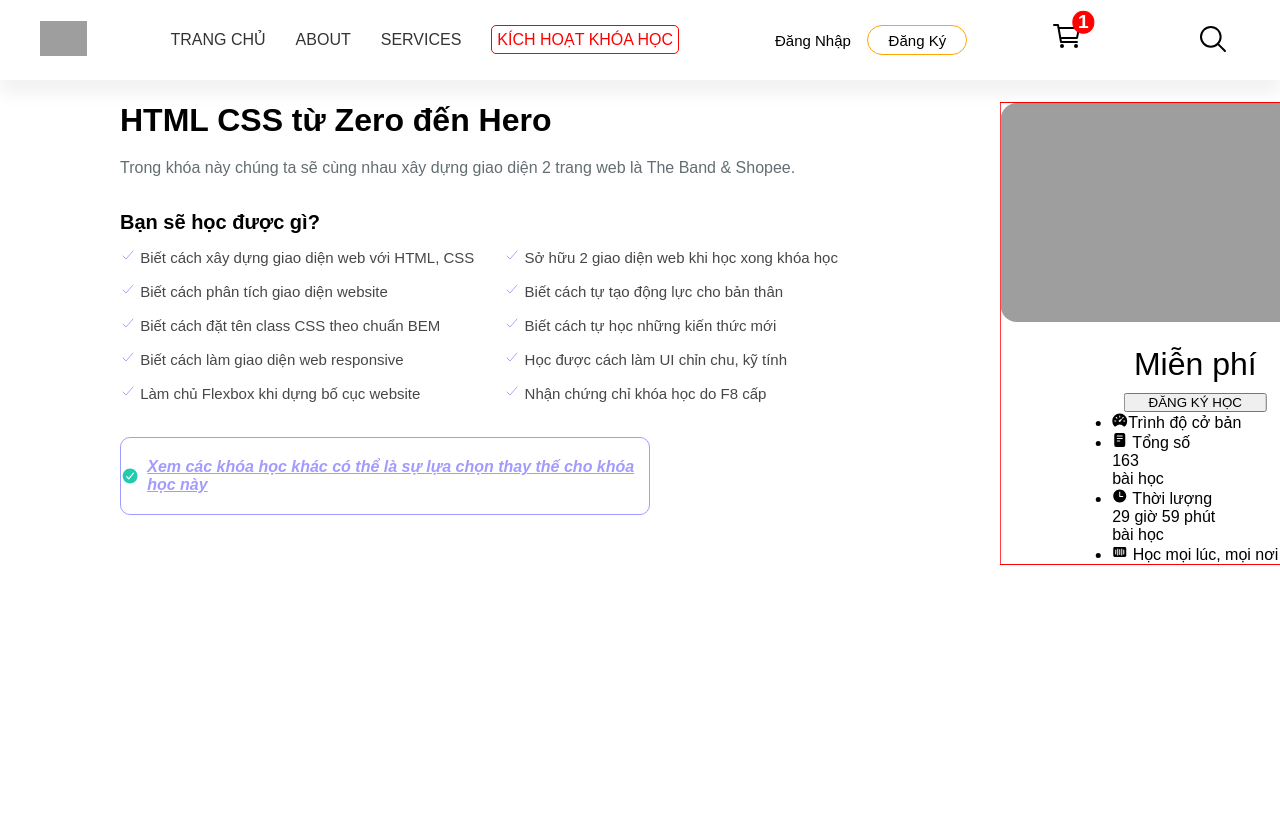
Repository: hoanghuuphuc/hoanghuuphuc
Page: details.html
An editor plug-in stored every save of this project. The page is shown before and after the next save, followed by the edit.
The browser window is 1280 px wide. The pictures show the whole page.
Pictures or frames that could not be fetched are drawn as grey boxes.

Above is the page before, as saved 2022-12-11 22:21:43.
Console error: TypeError: Cannot read properties of null (reading 'addEventListener')

### details.html
<!DOCTYPE html>
<html lang="en">
  <head>
    <meta charset="UTF-8" />
    <meta http-equiv="X-UA-Compatible" content="IE=edge" />
    <meta name="viewport" content="width=device-width, initial-scale=1.0" />
    <title>Product-Details</title>
    <link rel="stylesheet" href="./style.css" />
    <link rel="stylesheet" href="./rps_mobile.css" />
    <link rel="preconnect" href="https://fonts.gstatic.com" />
  </head>
  <body>
    <header>
      <div class="logo">
        <a href="">
          <img id="img" src="./Img/logene.jfif" alt="" />
        </a>
      </div>
      <div class="group">
        <ul class="navigation">
          <li><a href="">Trang Chủ</a></li>
          <li><a href="">About</a></li>
          <li><a href="">Services</a></li>
          <li><a id="active" href="">Kích Hoạt Khóa Học</a></li>
        </ul>
      </div>
      <div class="User">
        <div class="but">
          <button>Đăng Nhập</button>
          <button>Đăng Ký</button>
        </div>
      </div>
      <div class="icons">
        <ion-icon name="cart-outline"></ion-icon>
        <span>1</span>
      </div>
      <div class="search">
        <span class="icon">
          <ion-icon name="search-outline" class="searchBtn"></ion-icon>
          <ion-icon name="close-outline" class="closeBtn"></ion-icon>
        </span>
      </div>
      <ion-icon name="menu-outline" class="menuToggle"></ion-icon>
      <div class="searchBox">
        <input type="text" placeholder="Search here . . ." />
      </div>
    </header>
    <div class="details-section">
      <div class="details-left">
        <div class="details-left-name">
          <h1>HTML CSS từ Zero đến Hero</h1>
          <span
            >Trong khóa này chúng ta sẽ cùng nhau xây dựng giao diện 2 trang web
            là The Band & Shopee.</span
          >
        </div>
        <span class="bonus">Bạn sẽ học được gì?</span>
        <div class="details-left-content">
          <ul>
            <li>
              <ion-icon name="checkmark-outline"></ion-icon>
              Biết cách xây dựng giao diện web với HTML, CSS
            </li>
            <li>
              <ion-icon name="checkmark-outline"></ion-icon>
              Biết cách phân tích giao diện website
            </li>
            <li>
              <ion-icon name="checkmark-outline"></ion-icon>
              Biết cách đặt tên class CSS theo chuẩn BEM
            </li>
            <li>
              <ion-icon name="checkmark-outline"></ion-icon>
              Biết cách làm giao diện web responsive
            </li>
            <li>
              <ion-icon name="checkmark-outline"></ion-icon>
              Làm chủ Flexbox khi dựng bố cục website
            </li>
          </ul>
          <ul>
            <li>
              <ion-icon name="checkmark-outline"></ion-icon>
              Sở hữu 2 giao diện web khi học xong khóa học
            </li>
            <li>
              <ion-icon name="checkmark-outline"></ion-icon>
              Biết cách tự tạo động lực cho bản thân
            </li>
            <li>
              <ion-icon name="checkmark-outline"></ion-icon>
              Biết cách tự học những kiến thức mới
            </li>
            <li>
              <ion-icon name="checkmark-outline"></ion-icon>
              Học được cách làm UI chỉn chu, kỹ tính
            </li>
            <li>
              <ion-icon name="checkmark-outline"></ion-icon>
              Nhận chứng chỉ khóa học do F8 cấp
            </li>
          </ul>
        </div>
        <div class="details-left-tag">
          <ion-icon name="checkmark-circle"></ion-icon>
          <a href="#">
            Xem các khóa học khác có thể là sự lựa chọn thay thế cho khóa học
            này
          </a>
        </div>
      </div>
      <div class="details-right">
        <div class="details-right-video">
          <iframe
            width="389"
            height="219"
            src="https://www.youtube.com/embed/YTDHcEJs684"
            title="YouTube video player"
            frameborder="0"
            allow="accelerometer; autoplay; clipboard-write; encrypted-media; gyroscope; picture-in-picture"
            allowfullscreen></iframe>
        </div>
        <div class="details-right-content1">
          <span>Miễn phí</span>
          <button>ĐĂNG KÝ HỌC</button>
        </div>
        <div class="details-right-content2">
          <ul>
            <li>
              <ion-icon name="speedometer"></ion-icon
              ><span>Trình độ cở bản</span>
            </li>
            <li>
              <ion-icon name="reader"></ion-icon>
              <span
                >Tổng số
                <p>163</p>
                bài học</span
              >
            </li>
            <li>
              <ion-icon name="time"></ion-icon>
              <span
                ><span
                  >Thời lượng
                  <p>29 giờ 59 phút</p>
                  bài học</span
                ></span
              >
            </li>
            <li>
              <ion-icon name="barcode"></ion-icon
              ><span> Học mọi lúc, mọi nơi </span>
            </li>
          </ul>
        </div>
      </div>
    </div>

    <script src="./app.js"></script>
    <script
      type="module"
      src="https://unpkg.com/ionicons@5.5.2/dist/ionicons/ionicons.esm.js"></script>
    <script
      nomodule
      src="https://unpkg.com/ionicons@5.5.2/dist/ionicons/ionicons.js"></script>
  </body>
</html>

### style.css
* {
  margin: 0;
  padding: 0;
  box-sizing: border-box;
  font-family: "Poppins", sans-serif;
}
body {
  min-height: 100vh;
  overflow-x: hidden;
}
header {
  position: absolute;
  position: fixed;
  z-index: 100;
  top: 0;
  left: 0;
  width: 100%;
  height: 80px;
  background: #fff;
  padding: 20px 40px;
  display: flex;
  justify-content: space-between;
  align-items: center;
  box-shadow: 0px 15px 15px rgba(0, 0, 0, 0.05);
}
.logo img {
  height: 35px;
}
.group {
  display: flex;
  align-items: center;
}
header ul {
  position: relative;
  display: flex;
  gap: 30px;
}
header ul li {
  list-style: none;
}
header ul li a {
  position: relative;
  text-decoration: none;
  font-size: 1em;
  color: #333;
  text-transform: uppercase;
}
header ul li #active {
  border: 1px solid red;
  padding: 5px;
  color: red;
  border-radius: 5px;
}
header ul li a::before {
  content: "";
  position: absolute;
  bottom: -2px;
  width: 100%;
  height: 2px;
  background: #333;
  transform: scaleX(0);
  transition: transform 0.5s ease-in-out;
  transform-origin: right;
}
header ul li a:hover {
  opacity: 0.5;
}
header .User {
  display: flex;
  align-items: center;
}
header .User .but button:nth-child(1) {
  color: #000;
  font-size: 15px;
  height: 30px;
  width: 100px;
  outline: none;
  border: none;
  background: #fff;
}
header .User .but button:nth-child(2) {
  color: #000;
  font-size: 15px;
  height: 30px;
  width: 100px;
  border: 1px solid orange;
  background: #fff;
  border-radius: 15px;
}
header .User .but button:hover {
  opacity: 0.5;
}
header .icons {
  font-size: 2em;
  position: relative;
}
header .icons span {
  position: absolute;
  top: 0%;
  right: 0%;
  line-height: 5%;
  margin-bottom: 50px;
  font-size: 60%;
  color: #fff;
  border: 1px solid red;
  background: red;
  padding: 10px 5px 10px 5px;
  text-align: center;
  font-family: Arial, Helvetica, sans-serif;
  transform: translateX(50%) translateY(-40%);
  border-radius: 100%;
  font-weight: bold;
}
header .search {
  position: relative;
  display: flex;
  justify-content: center;
  align-items: center;
  font-size: 2em;
  z-index: 10;
  cursor: pointer;
}
.searchBox {
  position: absolute;
  right: -100%;
  width: 100%;
  height: 100%;
  display: flex;
  background: #fff;
  align-items: center;
  padding: 0 30px;
  transition: 0.5s ease-in-out;
}
.searchBox.active {
  right: 0;
}
.searchBox input {
  width: 100%;
  border: none;
  outline: none;
  height: 50px;
  color: #333;
  font-size: 1.25em;
  background: #fff;
  border-bottom: 1px solid rgba(0, 0, 0, 0.5);
}
.searchBtn {
  position: relative;
  left: 30px;
  top: 2.5px;
  transition: 0.5s ease-in-out;
}
.searchBtn.active {
  left: 0;
}
.closeBtn {
  opacity: 0;
  visibility: hidden;
  transition: 0.5s;
  scale: 0;
}
.closeBtn.active {
  opacity: 1;
  visibility: visible;
  transition: 0.5s;
  scale: 1;
}
.menuToggle {
  position: relative;
  display: none;
  left: 0;
}
.banner img {
  background-repeat: no-repeat;
  background-size: cover;
  margin-top: 4%;
}
.content {
  display: flex;
  flex-direction: row;
  margin-top: 50px;
  user-select: none;
  justify-content: center;
}
.content .content-1 {
  background-color: black;
  height: 2px;
  width: 200px;
}
.content .content-2 {
  font-size: 30px;
  font-family: "Segoe UI", Tahoma, Geneva, Verdana, sans-serif;
  font-weight: 600;
  padding: 10px;
  margin-top: -32px;
}
.content .content-3 {
  background-color: black;
  height: 2px;
  width: 200px;
}
.boxs {
  display: flex;
  justify-content: center;
  flex-wrap: wrap;
}
.box {
  margin-top: 10px;
  padding: 20px;
  margin: 10px;
  background: #f0f0f0;
  border-radius: 15px;
}
.box-image img {
  height: 250px;
  border-radius: 5%;
}
.box-content .box-name {
  display: flex;
  justify-content: center;
  align-items: center;
  padding: 10px;
}
.box-content .box-name span {
  font-weight: 700;
  margin-right: 5px;
  font-size: 20px;
  font-family: "Segoe UI", Tahoma, Geneva, Verdana, sans-serif;
  overflow: hidden;
  text-overflow: ellipsis;
  white-space: nowrap;
  width: 200px;
  text-align: center;
}
.box-content .box-price {
  display: flex;
  flex-direction: column;
  justify-content: center;
  padding: 5px 10px 10px 10px;
}
.box-content .box-price .price {
  padding: 0px 10px 10px 10px;
}
.price {
  overflow: hidden;
  text-overflow: ellipsis;
  white-space: nowrap;
  width: 210px;
}
.box-content .box-price .price span {
  font-size: 18px;
  font-weight: 500;
}
.box-content .box-price .price a {
  font-weight: 600;
}
.sale {
  overflow: hidden;
  text-overflow: ellipsis;
  white-space: nowrap;
  width: 210px;
}
.box-content .box-price .sale {
  padding: 0px 10px 0px 10px;
}
.box-content .box-price .sale span {
  font-size: 18px;
}
.box-content .box-price .sale a {
  font-size: 18px;
  color: red;
  font-weight: bold;
  text-decoration: none;
}
.box-btn {
  display: flex;
  justify-content: space-between;
  align-items: center;
  border-top: 1px solid #c0c0c0;
}
.box-btn button {
  padding: 5px 20px;
  font-size: 16px;
  font-weight: 500;
  font-family: "Lucida Sans", "Lucida Sans Regular", "Lucida Grande",
    "Lucida Sans Unicode", Geneva, Verdana, sans-serif;
  color: orangered;
  border: 1px solid orangered;
  border-radius: 5px;
  margin-top: 15px;
}
.box-btn button:hover {
  opacity: 0.5;
}
.box-btn ion-icon {
  font-size: 25px;
  font-weight: 500;
  color: orangered;
  margin-top: 15px;
  font-weight: 300;
}
.box-btn ion-icon:hover {
  opacity: 0.5;
}
.title {
  padding: 20px 0px 20px 150px;
}
.title span {
  font-size: 18px;
}
.tabs {
  display: flex;
  justify-content: flex-start;
  padding: 10px 150px 0px 150px;
  flex-wrap: wrap;
}
.tabs .tab-item {
  margin: 0px 0px 0px 5px;
}
.tabs .line {
  position: absolute;
  left: 0;
  bottom: 0;
  width: 0;
  height: 6px;
  border-radius: 15px;
  transition: all 0.2s ease;
}
.tab-item {
  min-width: 80px;
  padding: 5px 10px;
  font-size: 20px;
  text-align: center;
  color: #181821;
  background-color: #dee1e2;
  border-top-left-radius: 5px;
  border-top-right-radius: 5px;
  border-bottom: 5px solid transparent;
  opacity: 0.6;
  cursor: pointer;
  transition: all 0.5s ease;
  display: flex;
  justify-content: center;
  align-items: center;
  border-bottom: 2px solid #000;
}
.tab-icon {
  font-size: 24px;
  position: relative;
}
.tab-item:hover {
  opacity: 1;
  background-color: rgba(194, 53, 100, 0.05);
  border-color: rgba(194, 53, 100, 0.1);
}
.tab-item.active {
  opacity: 1;
  color: #ff4500;
  font-weight: 500;
  border-bottom: 2px solid #ff4500;
}
.tab-content {
  padding: 28px 0px 0px 150px;
}
.tab-pane {
  color: #333;
  display: none;
}
.tab-pane.active {
  display: block;
}
.tab-pane h2 {
  font-size: 24px;
  margin-bottom: 8px;
}
.boxeds {
  display: flex;
  flex-wrap: wrap;
}
.boxed {
  margin-top: 10px;
  padding: 20px;
  margin: 20px 20px 10px 0px;
  background: #f0f0f0;
  border-radius: 15px;
}
.boxed-image img {
  height: 250px;
  width: auto;
  border-radius: 10px;
  overflow: hidden;
  object-fit: cover;
}
.boxed-content .boxed-content-name {
  display: flex;
  justify-content: center;
  align-items: center;
  padding: 10px;
}
.boxed-content-name span {
  font-weight: 600;
  margin-right: 5px;
  font-size: 20px;
  font-family: "Segoe UI", Tahoma, Geneva, Verdana, sans-serif;
  overflow: hidden;
  text-overflow: ellipsis;
  white-space: nowrap;
  width: 200px;
  text-align: center;
  font-weight: 700;
}
.boxed-content-price {
  padding: 5px 10px 10px 10px;
}
.boxed-content-price1 span {
  font-size: 18px;
  font-weight: 500;
}
.boxed-content-price1 a {
  font-weight: 600;
}
.boxed-content-sale {
  padding: 10px 10px 10px 0px;
}
.boxed-content-sale span {
  font-size: 18px;
  font-weight: 500;
}
.boxed-content-sale a {
  font-weight: 600;
  color: red;
}
.boxed-content-btn {
  display: flex;
  justify-content: space-between;
  align-items: center;
  border-top: 1px solid #c0c0c0;
}
.boxed-content-btn button {
  padding: 5px 20px;
  font-size: 16px;
  font-weight: 500;
  font-family: "Lucida Sans", "Lucida Sans Regular", "Lucida Grande",
    "Lucida Sans Unicode", Geneva, Verdana, sans-serif;
  color: orangered;
  border: 1px solid orangered;
  border-radius: 5px;
  margin-top: 15px;
}
.boxed-content-btn button:hover {
  opacity: 0.5;
}
.boxed-content-btn ion-icon {
  font-size: 25px;
  font-weight: 500;
  color: orangered;
  margin-top: 15px;
  font-weight: 300;
}
.boxed-content-btn ion-icon:hover {
  opacity: 0.5;
}
footer {
  background: #181821;
  display: flex;
  justify-content: space-around;
  padding: 100px;
}
.footer-one a {
  font-size: 25px;
  padding: 5px;
  color: #fff;
  font-weight: 600;
}
.footer-one ul li {
  color: #a9b3bb;
  list-style: none;
  padding: 5px;
  font-size: 16px;
}
.footer-one span {
  font-style: italic;
}
.footer-two span {
  font-size: 25px;
  padding: 5px;
  color: #fff;
  font-weight: 600;
}
.footer-two ul li {
  color: #a9b3bb;
  list-style: none;
  padding: 5px;
  font-size: 16px;
}
.footer-three span {
  font-size: 25px;
  padding: 5px;
  color: #fff;
  font-weight: 600;
}
.footer-three ul li {
  color: #a9b3bb;
  list-style: none;
  padding: 5px;
  font-size: 16px;
}
.footers {
  display: flex;
  justify-content: space-around;
  background: #181821;
  padding: 10px;
  border-top: 2px solid #333;
  align-items: center;
}
.footers-text {
  color: #a9b3bb;
  font-size: 16px;
}
.footers-media img {
  width: auto;
  height: 40px;
  object-fit: cover;
  padding: 5px;
}
/* Css của form login */
.container {
  display: flex;
  justify-content: center;
  flex-direction: column;
  align-items: center;
  min-height: 100vh;
}
.form-login {
  border: 1px solid #999;
  padding: 50px 50px 30px 50px;
  width: 400px;
}
.form-login-input {
  margin: 15px 0;
}
.form-login-image {
  display: flex;
  justify-content: center;
  margin-bottom: 50px;
}
.form-input {
  border: 1px solid #999;
  border-radius: 4px;
  width: 100%;
  height: 50px;
  padding: 0 20px;
  transition: 0.25s ease;
  outline: none;
}
.form-input:focus {
  border-color: #ff4500;
}
.form-login-input {
  position: relative;
}
.form-label {
  position: absolute;
  top: 50%;
  transform: translateY(-50%);
  left: 21px;
  user-select: none;
  color: #999;
  pointer-events: none;
  transition: 0.25s ease;
}
.form-input:not(:placeholder-shown) + .form-label,
.form-input:focus + .form-label {
  top: 0;
  left: 11px;
  padding: 0 10px;
  display: inline-block;
  background-color: #fff;
  color: #ff4500;
  font-weight: 500;
  font-size: 14px;
}
.form-login-input .fa-regular {
  position: absolute;
  left: 90%;
  top: 18px;
  cursor: pointer;
}
.form-login-input .hidden {
  display: none;
}
.remember {
  display: flex;
  align-items: center;
}
.remember span {
  color: #999;
  margin-left: 10px;
}
.btn-login button {
  margin-top: 10px;
  width: 100%;
  padding: 8px;
  font-weight: 600;
  font-style: 20px;
  transition: 0.25s ease;
  font-family: "Segoe UI", Tahoma, Geneva, Verdana, sans-serif;
}
.btn-login button:hover {
  opacity: 0.5;
}
.or {
  display: flex;
  flex-direction: row;
  margin-top: 20px;
  user-select: none;
  justify-content: center;
}
.or-left {
  background-color: #999;
  height: 1px;
  width: 45%;
}
.or-center {
  font-family: "Segoe UI", Tahoma, Geneva, Verdana, sans-serif;
  font-weight: 600;
  padding: 10px;
  margin-top: -22px;
  color: #999;
}
.or-right {
  background-color: #999;
  height: 1px;
  width: 45%;
}
.forgot {
  padding-top: 20px;
  display: flex;
  justify-content: flex-end;
}
.forgot a {
  text-decoration: none;
  font-weight: 500;
  color: rgb(0, 149, 246);
}
.logins {
  display: grid;
  grid-template-columns: 1fr 3fr;
  align-items: center;
  padding: 0 10px;
}
.logins a {
  text-decoration: none;
}
.logins span {
  color: #333;
  padding-left: 10%;
  font-weight: 600;
  font-family: "Segoe UI", Tahoma, Geneva, Verdana, sans-serif;
}
.logins img {
  height: 30px;
  margin-left: 10px;
  transform: translateX(100%);
}
.login-facebook {
  margin-bottom: 10px;
}
.form-login-2 {
  border: 1px solid #999;
  padding: 20px 60px;
  margin-top: 10px;
}
.form-login-2 span a {
  text-decoration: none;
  font-weight: 600;
  color: rgb(0, 149, 246);
  font-family: "Segoe UI", Tahoma, Geneva, Verdana, sans-serif;
}
/* Css của trang chi tiết */
.details-section {
  margin-top: 8%;
  display: grid;
  grid-template-columns: 3fr 1fr;
  padding: 0 120px;
}
.details-left {
}
.details-left-name {
  margin-bottom: 20px;
}
.details-left-name h1 {
  margin-bottom: 20px;
}
.details-left-name span {
  font-weight: 300;
  color: #636e72;
}
.details-section .bonus {
  font-weight: 600;
  font-size: 20px;
  line-height: 50px;
}
.details-left-content {
  display: flex;
  flex-wrap: wrap;
  justify-content: flex-start;
  align-items: center;
}
.details-left-content ul li {
  list-style: none;
  margin-bottom: 15px;
  padding-left: 0;
  margin-right: 30px;
  font-size: 15px;
  color: #333;
  font-weight: 300;
  opacity: 0.9;
}
.details-left-content ul li ion-icon {
  color: #a29bfe;
  font-weight: bold;
  font-size: 16px;
}
.details-left-tag {
  margin-top: 20px;
  display: flex;
  align-items: center;
  justify-content: center;
  border: 1px solid #a29bfe;
  width: 68%;
  padding: 20px 0px;
  border-radius: 10px;
}
.details-left-tag ion-icon {
  margin-right: 8px;
  color: #22caaf;
  font-size: 20px;
}
.details-left-tag a {
  font-weight: 600;
  font-style: italic;
  color: #a29bfe;
  text-decoration: none;
  text-decoration-line: underline;
}
.details-right {
  display: flex;
  flex-direction: column;
  align-items: center;
  position: fixed;
  transform: translateX(225%);
  border: 1px solid red;
}
.details-right-video iframe {
  border-radius: 16px;
}
.details-right-content1 {
  display: flex;
  flex-direction: column;
  margin-top: 10px;
}
.details-right-content1 span {
  margin: 10px;
  font-size: 32px;
  user-select: none;
}
.details-right-content2 {
}

### app.js
let searchBtn = document.querySelector(".searchBtn");
let closeBtn = document.querySelector(".closeBtn");
let searchBox = document.querySelector(".searchBox");
let navigation = document.querySelector(".navigation");
let menuToggle = document.querySelector(".menuToggle");
let header = document.querySelector("header");
searchBtn.onclick = function () {
  searchBox.classList.add("active");
  closeBtn.classList.add("active");
  searchBtn.classList.add("active");
  menuToggle.classList.add("hide");
  header.classList.remove("open");
};
closeBtn.onclick = function () {
  searchBox.classList.remove("active");
  closeBtn.classList.remove("active");
  searchBtn.classList.remove("active");
  menuToggle.classList.remove("hide");
};
menuToggle.onclick = function () {
  header.classList.toggle("open");
  searchBox.classList.remove("active");
  closeBtn.classList.remove("active");
  searchBtn.classList.remove("active");
};
const $ = document.querySelector.bind(document);
const $$ = document.querySelectorAll.bind(document);

const tabs = $$(".tab-item");
const panes = $$(".tab-pane");

const tabActive = $(".tab-item.active");
const line = $(".tabs .line");

// SonDN fixed - Active size wrong size on first load.
// Original post: https://www.facebook.com/groups/649972919142215/?multi_permalinks=1175881616551340
requestIdleCallback(function () {
  line.style.left = tabActive.offsetLeft + "px";
  line.style.width = tabActive.offsetWidth + "px";
});

tabs.forEach((tab, index) => {
  const pane = panes[index];

  tab.onclick = function () {
    $(".tab-item.active").classList.remove("active");
    $(".tab-pane.active").classList.remove("active");

    line.style.left = this.offsetLeft + "px";
    line.style.width = this.offsetWidth + "px";

    this.classList.add("active");
    pane.classList.add("active");
  };
});
const input = document.querySelector(".form-input");
const eyeOpen = document.querySelector(".eye-open");
const eyeClose = document.querySelector(".eye-close");
eyeOpen.addEventListener("click", function () {
  eyeOpen.classList.add("hidden");
  eyeClose.classList.remove("hidden");
  input.setAttribute("type", "password");
});
eyeClose.addEventListener("click", function () {
  eyeOpen.classList.remove("hidden");
  eyeClose.classList.add("hidden");
  input.setAttribute("type", "text");
});

Loaded but not shown: css/rps_mobile.css (no copy from this time; the picture is the same without it)

After the next save:
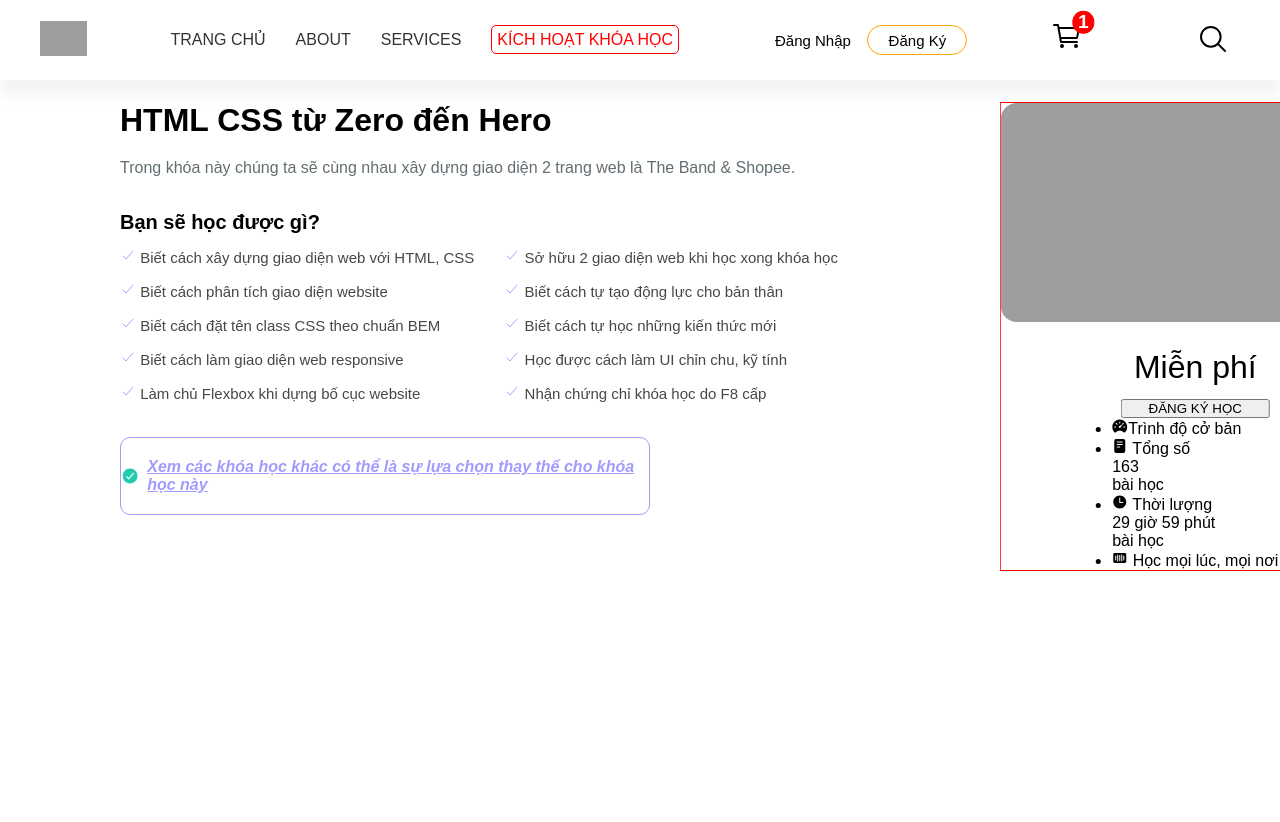
Saved 13 s later.
--- a/style.css
+++ b/style.css
@@ -761,7 +761,7 @@ footer {
   margin-top: 10px;
 }
 .details-right-content1 span {
-  margin: 10px;
+  margin: 13px;
   font-size: 32px;
   user-select: none;
 }
